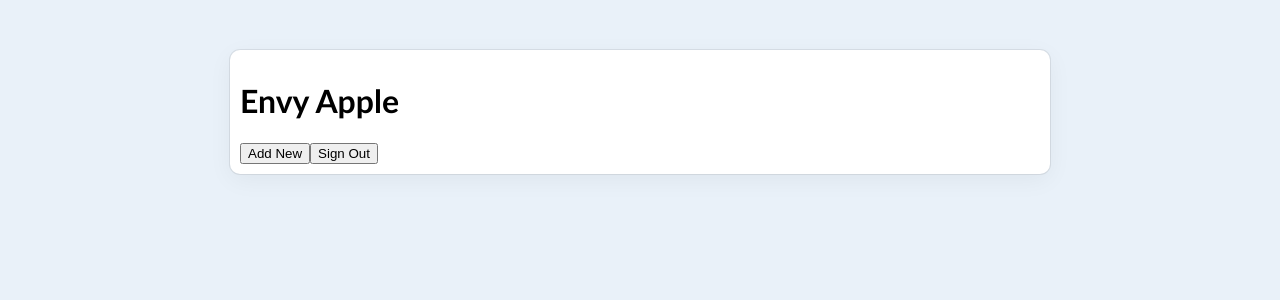
Repository: mosesvk/_todo
Page: / (app in client/)
These files come from the project's save history. The page is drawn as it stood at one moment and after the next save; the edit follows.
The browser window is 1280 px wide. The pictures show the whole page.
The project was rebuilt for these pictures with package versions that can differ from the ones it lists, and the page was loaded fresh each time. Also part of the build but not shown: client/vite.config.js.

Above is the page before, as saved 2023-05-01 08:21:24.

### client/src/App.jsx
import ListHeader from './components/ListHeader'

const App = () => {

  return (
    <div className='app'>
      <ListHeader listName='Envy Apple' />
    </div>
  )
}

export default App

### client/src/index.css
body {
    margin: 0;
    padding: 0;
    background-color: rgb(233, 241, 249);
    display: flex;
    justify-content: center;
    font-family: 'Trebuchet MS', Arial, sans-serif
}

.app {
    background-color: rgb(255, 255, 255);
    box-shadow: rgba(0, 0, 0, 0.05) 0 6px 24px, rgba(0, 0, 0, 0.08) 0 0 0 1px;
    border-radius: 10px;
    padding: 10px;
    width: 800px;
    margin: 50px;
}

### client/src/components/ListHeader.jsx
import React from 'react'

const ListHeader = ({listName}) => {

  const signOut = () => {
    console.log('signout')
  }

  return (
    <div>
      <h1>{listName}</h1>
      <div className="button-container">
        <button className="create">Add New</button>
        <button className="signout" onClick={signOut}>Sign Out</button>
      </div>
    </div>
  )
}

export default ListHeader

Loaded but not shown: client/index.html (common file); client/src/main.jsx (common file)

After the next save:
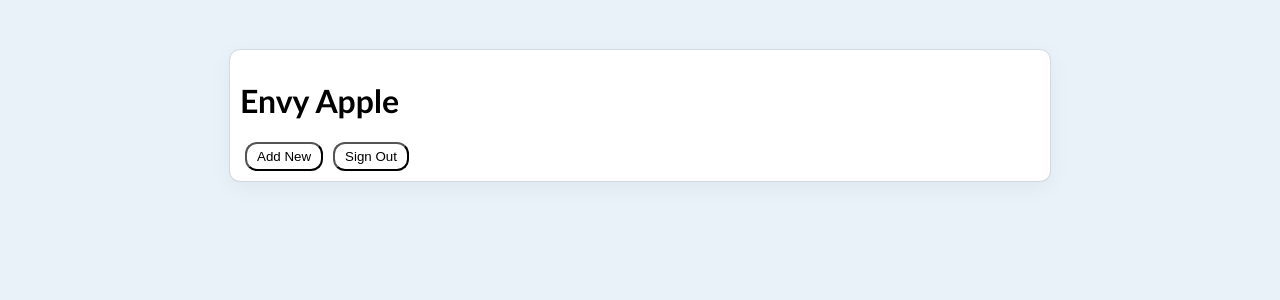
Saved 74 s later.
--- a/client/src/index.css
+++ b/client/src/index.css
@@ -15,3 +15,15 @@ body {
     width: 800px;
     margin: 50px;
 }
+
+.button-container {
+    display: flex;
+    align-items: center;
+}
+
+.button-container button {
+    margin: 0 5px;
+    padding: 5px 10px;
+    border-radius: 12px;
+    background-color: transparent;
+}
